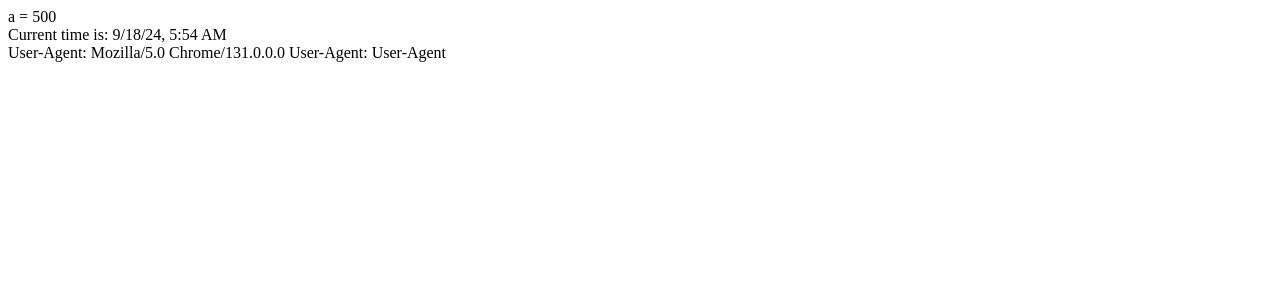
Repository: stanleydk4/JAVA_EE
Page: http://localhost/myWeb/hello.jsp
An editor plug-in stored every save of this project. The page is shown before and after the next save, followed by the edit.
The browser window is 1280 px wide. The pictures show the whole page.
The page is served by Tomcat 10.

Above is the page before, as saved 2024-09-19 06:00:54.

After the next save:
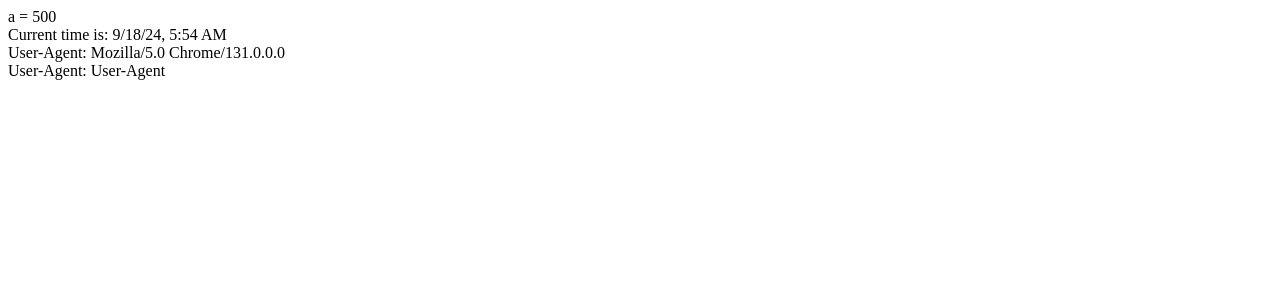
Saved 97 s later.
--- a/myWeb/src/main/webapp/hello.jsp
+++ b/myWeb/src/main/webapp/hello.jsp
@@ -16,7 +16,7 @@
 	<!-- Html Comment -->
 	<%// java commit %>
 	<%--JSP Comment --%><br/>
-	User-Agent: <%= request.getHeader("User-Agent") %>
+	User-Agent: <%= request.getHeader("User-Agent") %><br/>
 	User-Agent: <% out.println("User-Agent"); %>
 </body>
 </html>
